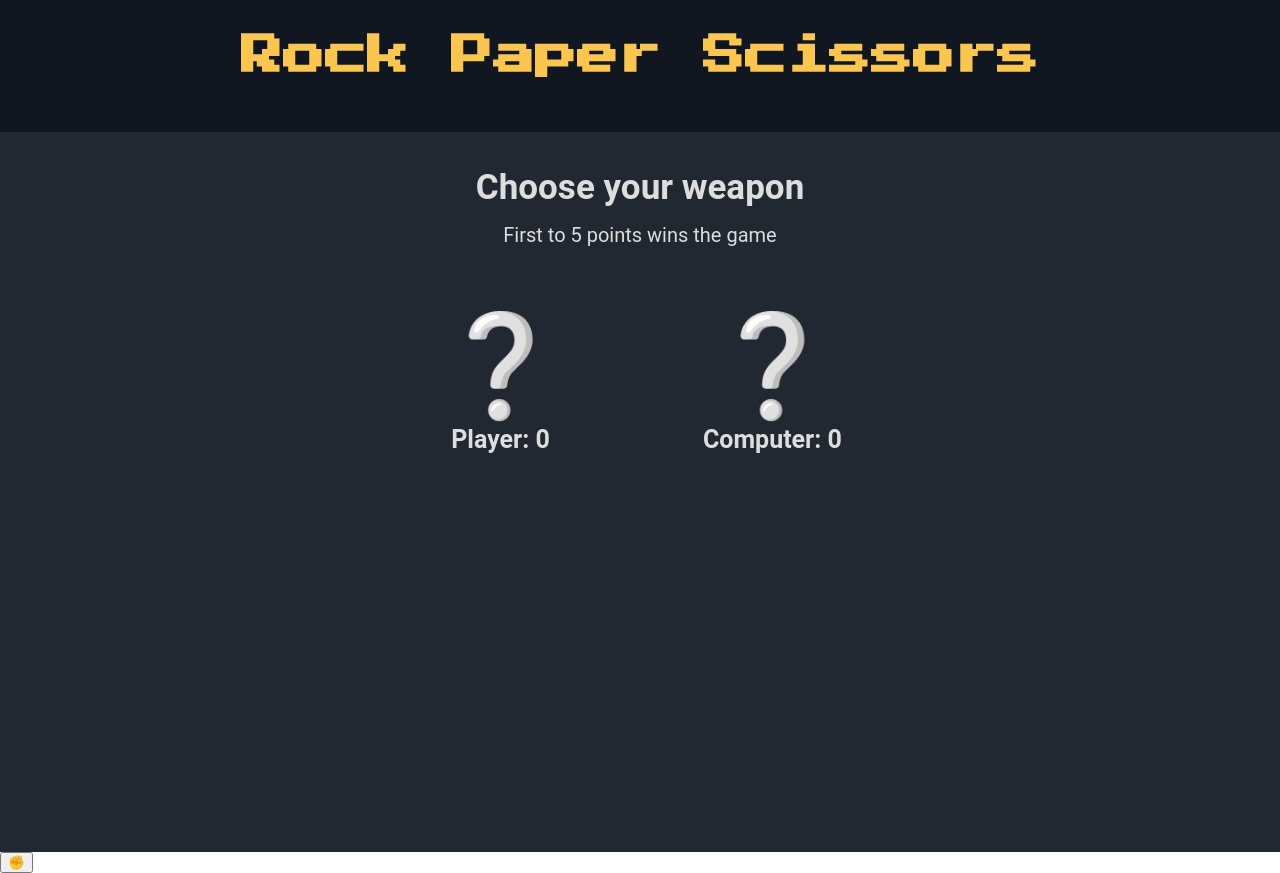
Repository: Aaryan-Poria/Rock-Paper-Scissors
Page: index.html
An editor plug-in stored every save of this project. The page is shown before and after the next save, followed by the edit.
The browser window is 1280 px wide. The pictures show the whole page.

Above is the page before, as saved 2023-08-22 23:19:08.

### index.html
<!DOCTYPE html>
<html lang="en">
  <head>
    <meta charset="UTF-8" />
    <meta name="viewport" content="width=device-width, initial-scale=1.0" />
    <title>Rock Paper Scissors</title>
    <link rel="preconnect" href="https://fonts.googleapis.com" />
    <link rel="preconnect" href="https://fonts.gstatic.com" crossorigin />
    <link
      href="https://fonts.googleapis.com/css2?family=Press+Start+2P&display=swap"
      rel="stylesheet"
    />
    <link rel="stylesheet" href="style.css" />
  </head>

  <body>
    <section class="head">
      <h2>Rock Paper Scissors</h2>
    </section>
    <section class="main">
      <div class="main-text">
        <h3>Choose your weapon</h3>
        <p>First to 5 points wins the game</p>
      </div>
      <div class="text-content">
        <div class="info player">
          <p class="qmark 1">❔</p>
          <p class="score 1">Player: 0</p>
        </div>
        <div class="info comp">
          <p class="qmark 2">❔</p>
          <p class="score 2">Computer: 0</p>
        </div>
      </div>
    </section>
    <section class="choices">
      <button class="option">✊</button>
    </section>
  </body>
</html>

### style.css
body {
  margin: 0;
  padding: 0;
  display: flex;
  flex-direction: column;
  min-height: 100%;
  min-width: 100%;
  color: #dddddd;
}
.head {
  display: flex;
  justify-content: center;
  align-items: center;
  color: #fac650;
  background-color: #111720;
  font-family: "Press Start 2P", cursive;
  height: 7rem;
  font-size: 1.75rem;
  padding-bottom: 20px;
}
.main {
  display: flex;
  flex-grow: 1;
  height: 100vh;
  flex-direction: column;
  background-color: #222831;
  color: #dddddd;
  font-family: "Roboto", sans-serif;
  align-items: center;
  /* border: 1px solid red; */
}

.main-text {
  /* border: 1px solid green; */
  display: flex;
  flex-direction: column;
  justify-content: center;
  align-items: center;
}
.main-text > h3 {
  font-size: 35px;
}
.main-text > p {
  font-size: 20px;
  margin-top: -20px;
}
.text-content {
  display: flex;
  width: 100%;
  /* border: 1px solid yellow; */
  display: flex;
  font-size: 25px;
  font-weight: bold;
  justify-content: center;
  align-items: center;
  gap: 140px;
  margin-top: 40px;
}
.info {
  display: flex;
  flex-direction: column;
  justify-content: center;
  align-items: center;
}
.qmark {
  font-weight: 100;
  margin: 0;
  padding: 0;
  font-size: 100px;
}
.score {
  margin: 0;
}

After the next save:
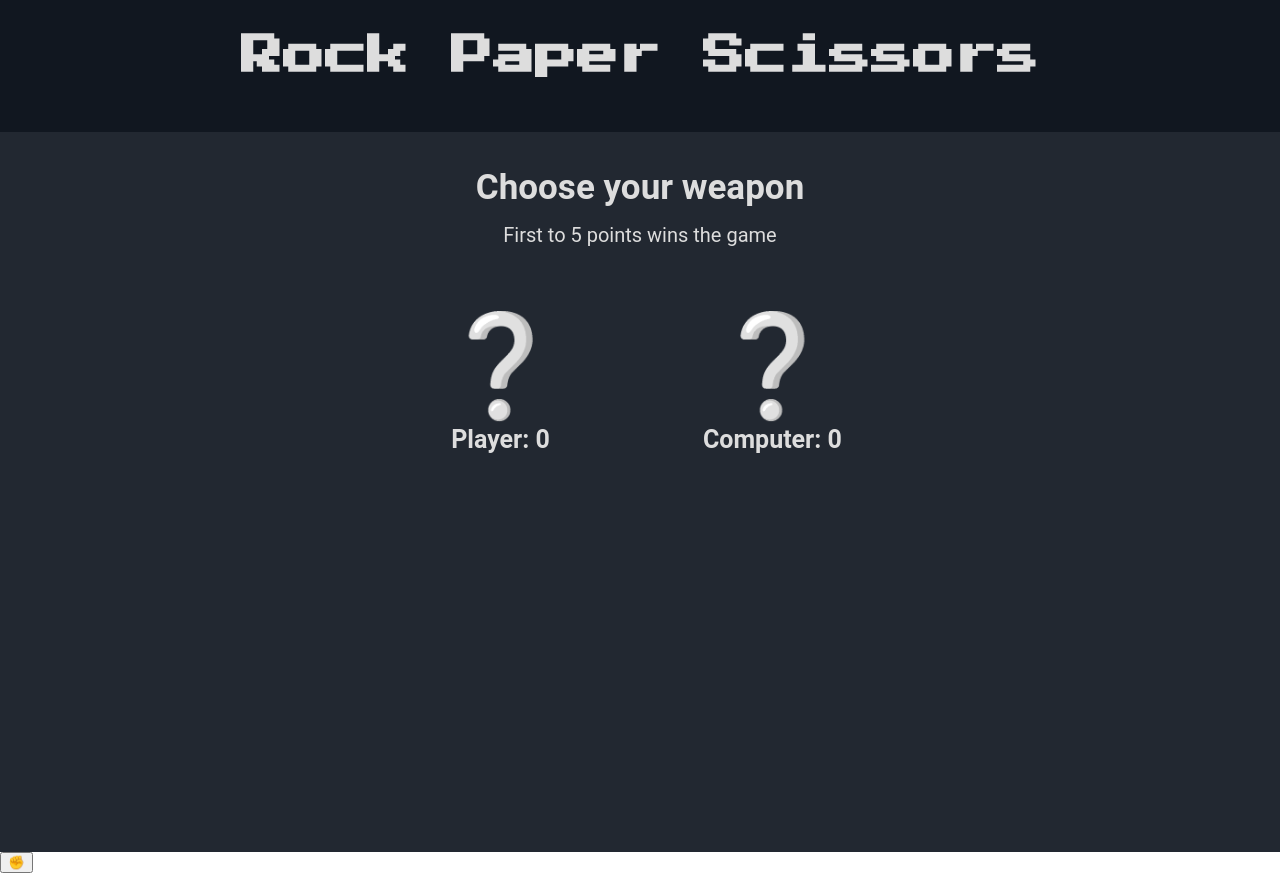
Saved 23 s later.
--- a/style.css
+++ b/style.css
@@ -1,3 +1,6 @@
+* {
+  color: #dddddd;
+}
 body {
   margin: 0;
   padding: 0;
@@ -5,7 +8,6 @@
   flex-direction: column;
   min-height: 100%;
   min-width: 100%;
-  color: #dddddd;
 }
 .head {
   display: flex;

After the save that followed:
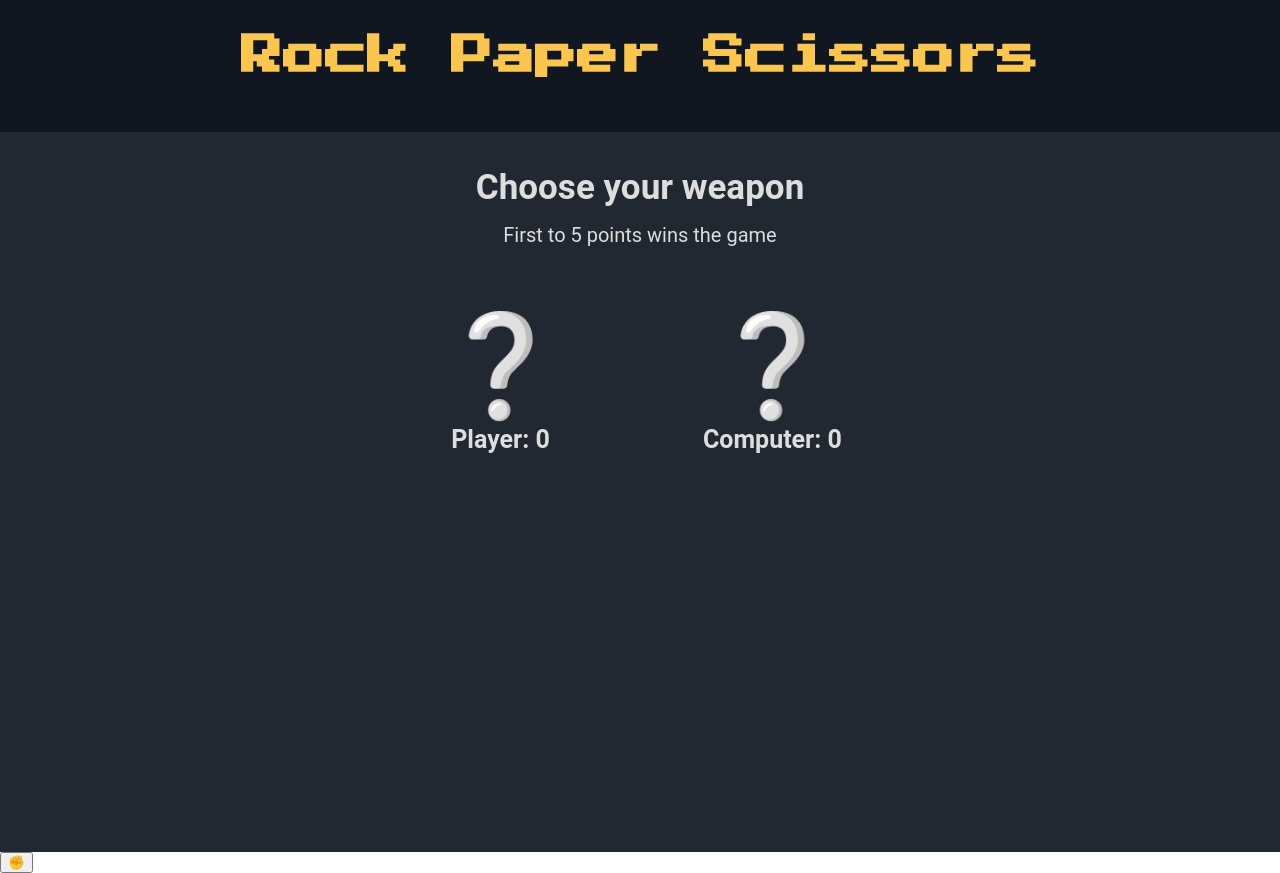
Saved 8 s later.
--- a/style.css
+++ b/style.css
@@ -1,6 +1,3 @@
-* {
-  color: #dddddd;
-}
 body {
   margin: 0;
   padding: 0;
